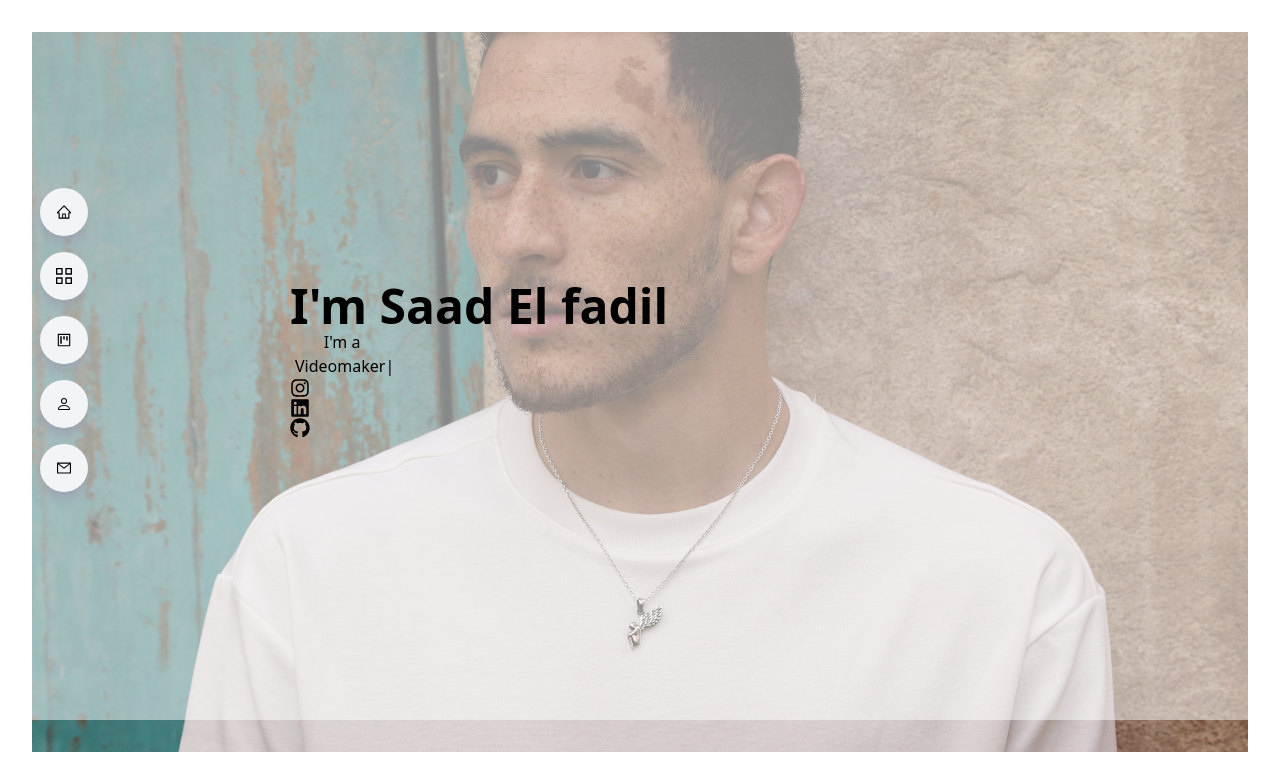
Repository: Saadelfadil/saadelfadil.github.io
Page: /
These files come from the project's save history. The page is drawn as it stood at one moment and after the next save; the edit follows.
The browser window is 1280 px wide. The pictures show the whole page.
The project was rebuilt for these pictures with package versions that can differ from the ones it lists, and the page was loaded fresh each time. Also part of the build but not shown: vite.config.js.

Above is the page before, as saved 2023-02-26 16:59:49.

### src/App.jsx
import './App.css'
import Sidenave from './components/Sidenave'
import Main from './components/Main'

function App() {

  return (
    <div>
      <Sidenave />
      <Main />
    </div>
  )
}

export default App

### src/components/Sidenave.jsx
import React, { useState } from "react";
import { AiOutlineHome, AiOutlineMail, AiOutlineMenu, AiOutlineProject } from "react-icons/ai"
import { GrProjects } from "react-icons/gr"
import { BsPerson } from "react-icons/bs"

const Sidenave = () => {
    const [nav, setNav] = useState(false)

    const handleNav = () => {
        setNav((prev) => prev = !nav);
    };

  return (
    <div>
        <AiOutlineMenu onClick={handleNav} className="absolute top-4 right-4 z-[100] md:hidden"/>
        {
            nav ? (
                <div className="fixed w-full h-screen bg-white/90 flex flex-col justify-center items-center z-20">
                    <a href="#main" className="w-[75%] flex justify-center rounded-full shadow-lg bg-gray-100 shadow-gray-400 m-2 p-4 cursor-pointer hover:scale-110 ease-in duration-200">
                        <AiOutlineHome size={20}/>
                        <span className="pl-4">Home</span>
                    </a>
                    <a href="#work" className="w-[75%] flex justify-center rounded-full shadow-lg bg-gray-100 shadow-gray-400 m-2 p-4 cursor-pointer hover:scale-110 ease-in duration-200">
                        <GrProjects size={20}/>
                        <span className="pl-4">Work</span>
                    </a>
                    <a href="#projects" className="w-[75%] flex justify-center rounded-full shadow-lg bg-gray-100 shadow-gray-400 m-2 p-4 cursor-pointer hover:scale-110 ease-in duration-200">
                        <AiOutlineProject size={20}/>
                        <span className="pl-4">Projects</span>
                    </a>
                    <a href="#main" className="w-[75%] flex justify-center rounded-full shadow-lg bg-gray-100 shadow-gray-400 m-2 p-4 cursor-pointer hover:scale-110 ease-in duration-200">
                        <BsPerson size={20}/>
                        <span className="pl-4">Resume</span>
                    </a>
                    <a href="#contact" className="w-[75%] flex justify-center rounded-full shadow-lg bg-gray-100 shadow-gray-400 m-2 p-4 cursor-pointer hover:scale-110 ease-in duration-200">
                        <AiOutlineMail size={20}/>
                        <span className="pl-4">Contact</span>
                    </a>
                </div>
            ) : ""
        }

        <div className="md:block hidden fixed top-[25%] z-10">
            <div className="flex flex-col">
                <a href="#main" className="rounded-full shadow-lg bg-gray-100 shadow-gray-400 m-2 p-4 cursor-pointer hover:scale-110 ease-in duration-300 ">
                    <AiOutlineHome />
                </a>
                <a href="#work" className="rounded-full shadow-lg bg-gray-100 shadow-gray-400 m-2 p-4 cursor-pointer hover:scale-110 ease-in duration-300 ">
                    <GrProjects />
                </a>
                <a href="#projects" className="rounded-full shadow-lg bg-gray-100 shadow-gray-400 m-2 p-4 cursor-pointer hover:scale-110 ease-in duration-300 ">
                    <AiOutlineProject />
                </a>
                <a href="#main" className="rounded-full shadow-lg bg-gray-100 shadow-gray-400 m-2 p-4 cursor-pointer hover:scale-110 ease-in duration-300 ">
                    <BsPerson />
                </a>
                <a href="#contact" className="rounded-full shadow-lg bg-gray-100 shadow-gray-400 m-2 p-4 cursor-pointer hover:scale-110 ease-in duration-300 ">
                    <AiOutlineMail />
                </a>
            </div>
        </div>
    </div>
  )
};

export default Sidenave;

### src/components/Main.jsx
import React from "react";
import { TypeAnimation } from "react-type-animation"
import { FaGithub, FaInstagram, FaLinkedin } from "react-icons/fa"

const Main = () => {
  return (
    <div id="main">
        <img className="w-full h-screen object-cover object-right " src="/src/assets/saadelfadil.jpg" alt="saadelfadil" />
        <div className="w-full h-screen absolute top-0 left-0 bg-white/50 ">
            <div className="max-w-[700px] m-auto h-full w-full flex flex-col justify-center lg:items-start items-center ">
                <h1 className="sm:text-5xl text-4xl font-bold ">I'm Saad El fadil</h1>
                <h2>I'm a
                    <TypeAnimation
                        sequence={[
                            'Software Engineer', // Types 'One'
                            1000, // Waits 1s
                            'Videomaker', // Deletes 'One' and types 'Two'
                            2000, // Waits 2s
                        ]}
                        wrapper="div"
                        cursor={true}
                        repeat={Infinity}
                        style={{ fontSize: '1em', paddingLeft: "5px" }}
                    />
                </h2>
                <div>
                        <FaInstagram size={20} className="cursor-pointer"/>
                        <FaLinkedin size={20} className="cursor-pointer"/>
                        <FaGithub size={20} className="cursor-pointer"/>
                </div>
            </div>
        </div>
    </div>
  )
};

export default Main;

Loaded but not shown: index.html (common file); src/main.jsx (common file); src/index.css (common file); src/App.css (common file); tailwind.config.cjs (common file)

After the next save:
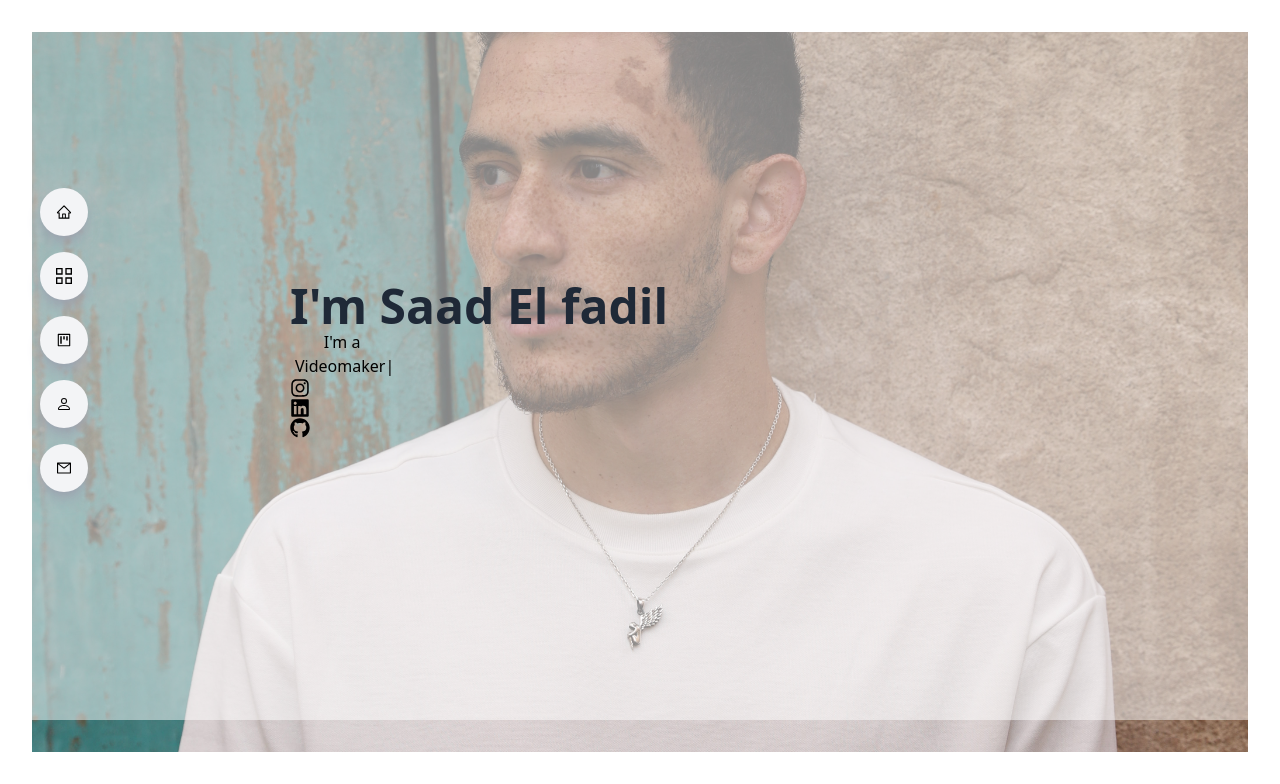
Saved 12 s later.
--- a/src/components/Main.jsx
+++ b/src/components/Main.jsx
@@ -8,7 +8,7 @@ const Main = () => {
         <img className="w-full h-screen object-cover object-right " src="/src/assets/saadelfadil.jpg" alt="saadelfadil" />
         <div className="w-full h-screen absolute top-0 left-0 bg-white/50 ">
             <div className="max-w-[700px] m-auto h-full w-full flex flex-col justify-center lg:items-start items-center ">
-                <h1 className="sm:text-5xl text-4xl font-bold ">I'm Saad El fadil</h1>
+                <h1 className="sm:text-5xl text-4xl font-bold text-gray-800">I'm Saad El fadil</h1>
                 <h2>I'm a
                     <TypeAnimation
                         sequence={[
